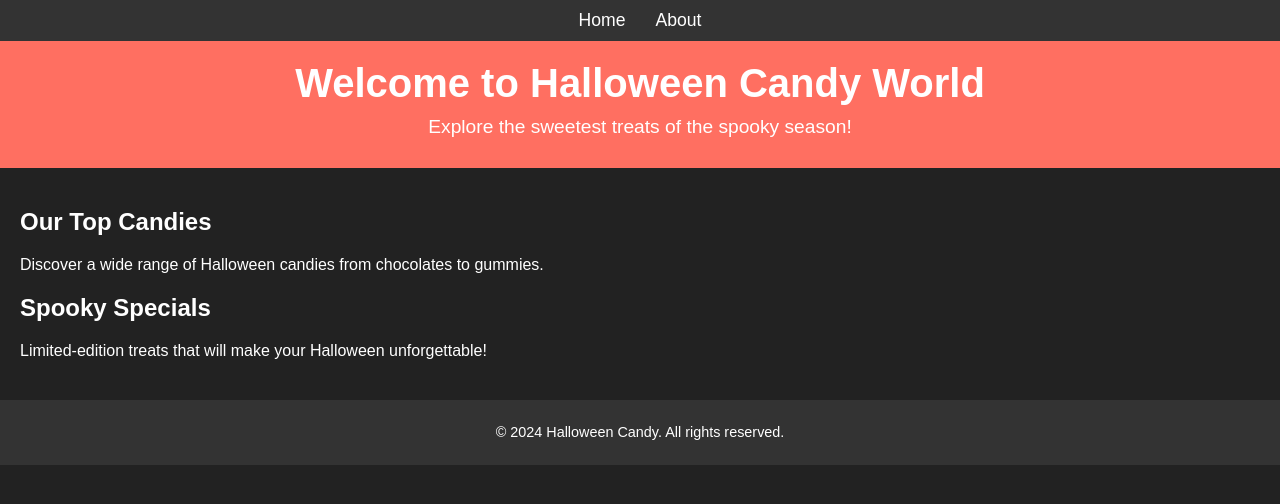
Repository: monicaifijeh/test2
Page: kyportfolio/src/indexHallo.html
An editor plug-in stored every save of this project. The page is shown before and after a run of saves, followed by the edit.
The browser window is 1280 px wide. The pictures show the whole page.

Above is the page before, as saved 2024-12-20 00:29:33.

### kyportfolio/src/indexHallo.html
<!DOCTYPE html>
<html lang="en">
  <head>
    <meta charset="UTF-8" />
    <meta name="viewport" content="width=device-width, initial-scale=1.0" />
    <title>Halloween Candy</title>
    <link rel="stylesheet" href="kystyle.css" />
  </head>
  <body>
    <nav>
      <ul>
        <li><a href="indexHallo.html">Home</a></li>
        <li><a href="aboutHallo.html">About</a></li>
      </ul>
    </nav>
    <header>
      <h1>Welcome to Halloween Candy World</h1>
      <p>Explore the sweetest treats of the spooky season!</p>
    </header>
    <main>
      <section>
        <h2>Our Top Candies</h2>
        <p>
          Discover a wide range of Halloween candies from chocolates to gummies.
        </p>
      </section>
      <section>
        <h2>Spooky Specials</h2>
        <p>
          Limited-edition treats that will make your Halloween unforgettable!
        </p>
      </section>
    </main>
    <footer>
      <p>&copy; 2024 Halloween Candy. All rights reserved.</p>
    </footer>
  </body>
</html>

### kyportfolio/src/kystyle.css
body {
    font-family: Arial, sans-serif;
    margin: 0;
    padding: 0;
    background-color: #222;
    color: #fff;
}

header {
    text-align: center;
    padding: 20px;
    background-color: #ff6f61;
}

header h1 {
    margin: 0;
    font-size: 2.5rem;
}

header p {
    margin: 10px 0;
    font-size: 1.2rem;
}

nav ul {
    display: flex;
    justify-content: center;
    list-style: none;
    padding: 10px;
    background-color: #333;
    margin: 0;
}

nav ul li {
    margin: 0 15px;
}

nav ul li a {
    text-decoration: none;
    color: #fff;
    font-size: 1.1rem;
}

nav ul li a:hover {
    text-decoration: underline;
}

main {
    padding: 20px;
}

section {
    margin-bottom: 20px;
}

footer {
    text-align: center;
    padding: 10px;
    background-color: #333;
    color: #fff;
    font-size: 0.9rem;
}

After the next 2 saves:
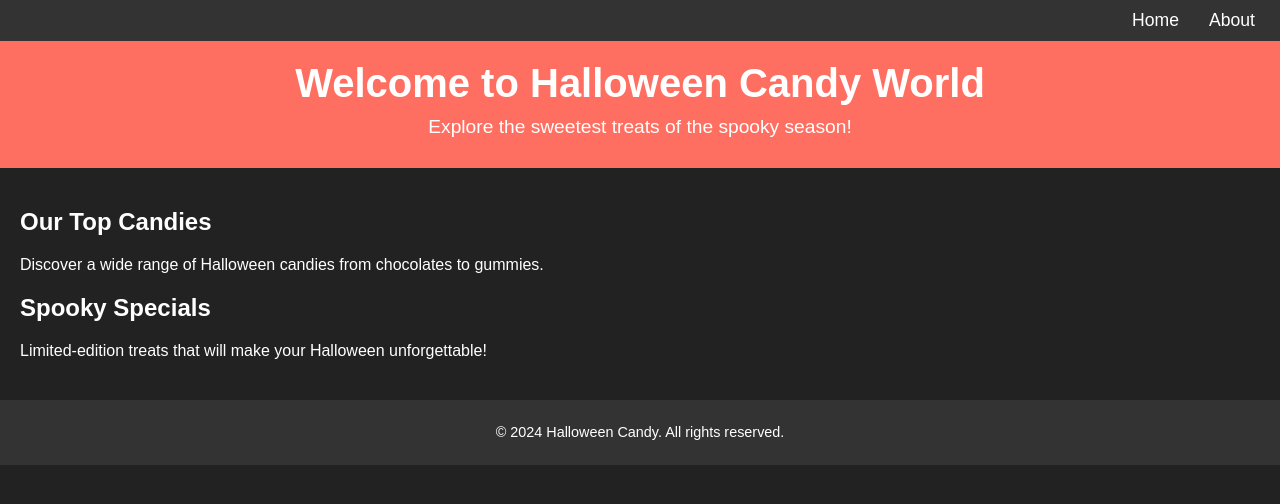
The 2 saves are shown as one change because they came seconds apart.
The last was saved 2 min 39 s later.
--- a/kyportfolio/src/kystyle.css
+++ b/kyportfolio/src/kystyle.css
@@ -24,7 +24,7 @@ header p {
 
 nav ul {
     display: flex;
-    justify-content: center;
+    justify-content: right;
     list-style: none;
     padding: 10px;
     background-color: #333;
